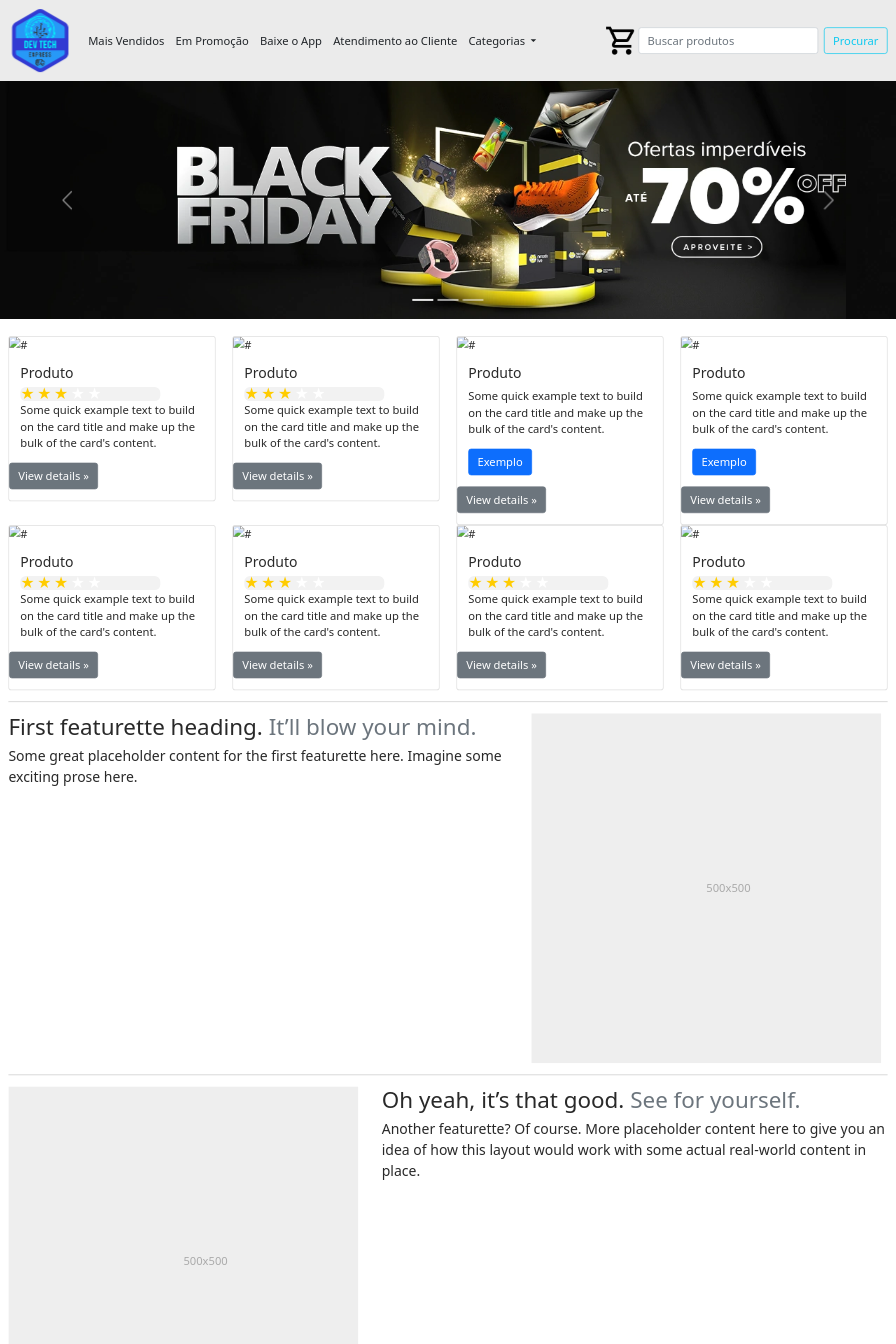
Repository: dantas-barreto/trabalho-interdisciplinar-IDW-IAP
Page: index.html
These files come from the project's save history. The page is drawn as it stood at one moment and after the next save; the edit follows.
The browser window is 1280 px wide. The pictures show the part of the page from y = 0 to 1920 px (the page is 2658 px tall), at 70% of full size.

Above is the page before, as saved 2021-11-26 20:42:49.

### index.html
<!DOCTYPE html>
<html lang="pt-br">
  <head>
    <meta charset="utf-8" />
    <meta name="viewport" content="width=device-width, initial-scale=1.0" />
    <link
      href="https://cdn.jsdelivr.net/npm/bootstrap@5.1.3/dist/css/bootstrap.min.css"
      rel="stylesheet"
      integrity="sha384-1BmE4kWBq78iYhFldvKuhfTAU6auU8tT94WrHftjDbrCEXSU1oBoqyl2QvZ6jIW3"
      crossorigin="anonymous"
    />
    <link rel="shortcut icon" href="img/favicon.ico" type="image/x-icon" />
    <link rel="stylesheet" href="css/globalStyle.css" />
    <title>DevTech Express</title>
  </head>
  <body>
    <nav class="navbar navbar-expand-lg header">
      <div class="container-fluid">
        <a class="navbar-brand" href="#">
          <img
            src="img/logo.png"
            width="90rem"
            height="90rem"
            alt="Logo DevTech Express"
          />
        </a>
        <button
          class="navbar-toggler"
          type="button"
          data-bs-toggle="collapse"
          data-bs-target="#navbarSupportedContent"
          aria-controls="navbarSupportedContent"
          aria-expanded="false"
          aria-label="Toggle navigation"
        >
          <span class="navbar-toggler-icon"></span>
        </button>
        <div class="collapse navbar-collapse" id="navbarSupportedContent">
          <ul class="navbar-nav me-auto mb-2 mb-lg-0">
            <li class="nav-item">
              <a class="nav-link link-dark active" aria-current="page" href="#"
                >Mais Vendidos</a
              >
            </li>
            <li class="nav-item">
              <a class="nav-link link-dark active" href="Clientes.html"
                >Em Promoção</a
              >
            </li>
            <li class="nav-item">
              <a class="nav-link link-dark active" href="Fornecedores.html"
                >Baixe o App</a
              >
            </li>
            <li class="nav-item">
              <a class="nav-link link-dark active" href="Produtos.html"
                >Atendimento ao Cliente</a
              >
            </li>
            <li class="nav-item dropdown">
              <a
                class="nav-link link-dark active dropdown-toggle"
                href="#"
                id="navbarDropdown"
                role="button"
                data-bs-toggle="dropdown"
                aria-expanded="false"
              >
                Categorias
              </a>
              <ul class="dropdown-menu" aria-labelledby="navbarDropdown">
                <li><a class="dropdown-item" href="#">Categoria 01</a></li>
                <li><a class="dropdown-item" href="#">Categoria 02</a></li>
                <li><a class="dropdown-item" href="#">Categoria 03</a></li>
                <li><a class="dropdown-item" href="#">Categoria 04</a></li>
                <li><a class="dropdown-item" href="#">Categoria 05</a></li>
                <li><a class="dropdown-item" href="#">Categoria 06</a></li>
                <li><a class="dropdown-item" href="#">Categoria 07</a></li>
                <li><a class="dropdown-item" href="#">Categoria 08</a></li>
              </ul>
            </li>
          </ul>
          <img src="img/carrinhogrande.png" />
          <form class="d-flex" id="procurar">
            <input
              class="form-control me-2"
              type="search"
              placeholder="Buscar produtos"
              aria-label="Search"
            />
            <button class="btn btn-outline-info" type="submit">Procurar</button>
          </form>
        </div>
      </div>
    </nav>

    <main>
      <div id="myCarousel" class="carousel slide mb-4" data-bs-ride="carousel">
        <div class="carousel-indicators">
          <button
            type="button"
            data-bs-target="#myCarousel"
            data-bs-slide-to="0"
            class="active"
            aria-current="true"
            aria-label="Slide 1"
          ></button>
          <button
            type="button"
            data-bs-target="#myCarousel"
            data-bs-slide-to="1"
            aria-label="Slide 2"
          ></button>
          <button
            type="button"
            data-bs-target="#myCarousel"
            data-bs-slide-to="2"
            aria-label="Slide 3"
          ></button>
        </div>
        <div class="carousel-inner">
          <div class="carousel-item active">
            <img src="img/exemplo3.webp" alt="Product #1" />
          </div>
          <div class="carousel-item">
            <img src="img/exemplo2.webp" alt="Product #2" />
          </div>
          <div class="carousel-item">
            <img src="img/exemplo1.webp" alt="Product #3" />
          </div>
        </div>
        <button
          class="carousel-control-prev"
          type="button"
          data-bs-target="#myCarousel"
          data-bs-slide="prev"
        >
          <span class="carousel-control-prev-icon" aria-hidden="true"></span>
          <span class="visually-hidden">Previous</span>
        </button>
        <button
          class="carousel-control-next"
          type="button"
          data-bs-target="#myCarousel"
          data-bs-slide="next"
        >
          <span class="carousel-control-next-icon" aria-hidden="true"></span>
          <span class="visually-hidden">Next</span>
        </button>
      </div>

      <div class="container-fluid marketing">
        <div class="row">
          <!-- Fazer os cards ficarem do mesmo tamanho que o maior -->
          <div class="col-xl-3 col-lg-4 col-md-6">
            <div class="card">
              <img src="#" class="card-img-top" alt="#" />
              <div class="card-body">
                <h5 class="card-title">Produto</h5>
                <div class="classificacao">
                  <div class="qualidade" style="--rating: 3"></div>
                </div>
                <p class="card-text">
                  Some quick example text to build on the card title and make up
                  the bulk of the card's content.
                </p>
              </div>
              <p>
                <a class="btn btn-secondary" href="#">View details &raquo;</a>
              </p>
            </div>
          </div>
          <div class="col-xl-3 col-lg-4 col-md-6">
            <div class="card">
              <img src="#" class="card-img-top" alt="#" />
              <div class="card-body">
                <h5 class="card-title">Produto</h5>
                <div class="classificacao">
                  <div class="qualidade" style="--rating: 3"></div>
                </div>
                <p class="card-text">
                  Some quick example text to build on the card title and make up
                  the bulk of the card's content.
                </p>
              </div>
              <p>
                <a class="btn btn-secondary" href="#">View details &raquo;</a>
              </p>
            </div>
          </div>
          <div class="col-xl-3 col-lg-4 col-md-6">
            <div class="card">
              <img src="#" class="card-img-top" alt="#" />
              <div class="card-body">
                <h5 class="card-title">Produto</h5>
                <p class="card-text">
                  Some quick example text to build on the card title and make up
                  the bulk of the card's content.
                </p>
                <a href="#" class="btn btn-primary">Exemplo</a>
              </div>
              <p>
                <a class="btn btn-secondary" href="#">View details &raquo;</a>
              </p>
            </div>
          </div>
          <div class="col-xl-3 col-lg-4 col-md-6">
            <div class="card">
              <img src="#" class="card-img-top" alt="#" />
              <div class="card-body">
                <h5 class="card-title">Produto</h5>
                <p class="card-text">
                  Some quick example text to build on the card title and make up
                  the bulk of the card's content.
                </p>
                <a href="#" class="btn btn-primary">Exemplo</a>
              </div>
              <p>
                <a class="btn btn-secondary" href="#">View details &raquo;</a>
              </p>
            </div>
          </div>
          <div class="col-xl-3 col-lg-4 col-md-6">
            <div class="card">
              <img src="#" class="card-img-top" alt="#" />
              <div class="card-body">
                <h5 class="card-title">Produto</h5>
                <div class="classificacao">
                  <div class="qualidade" style="--rating: 3"></div>
                </div>
                <p class="card-text">
                  Some quick example text to build on the card title and make up
                  the bulk of the card's content.
                </p>
              </div>
              <p>
                <a class="btn btn-secondary" href="#">View details &raquo;</a>
              </p>
            </div>
          </div>
          <div class="col-xl-3 col-lg-4 col-md-6">
            <div class="card">
              <img src="#" class="card-img-top" alt="#" />
              <div class="card-body">
                <h5 class="card-title">Produto</h5>
                <div class="classificacao">
                  <div class="qualidade" style="--rating: 3"></div>
                </div>
                <p class="card-text">
                  Some quick example text to build on the card title and make up
                  the bulk of the card's content.
                </p>
              </div>
              <p>
                <a class="btn btn-secondary" href="#">View details &raquo;</a>
              </p>
            </div>
          </div>
          <div class="col-xl-3 col-lg-4 col-md-6">
            <div class="card">
              <img src="#" class="card-img-top" alt="#" />
              <div class="card-body">
                <h5 class="card-title">Produto</h5>
                <div class="classificacao">
                  <div class="qualidade" style="--rating: 3"></div>
                </div>
                <p class="card-text">
                  Some quick example text to build on the card title and make up
                  the bulk of the card's content.
                </p>
              </div>
              <p>
                <a class="btn btn-secondary" href="#">View details &raquo;</a>
              </p>
            </div>
          </div>
          <div class="col-xl-3 col-lg-4 col-md-6">
            <div class="card">
              <img src="#" class="card-img-top" alt="#" />
              <div class="card-body">
                <h5 class="card-title">Produto</h5>
                <div class="classificacao">
                  <div class="qualidade" style="--rating: 3"></div>
                </div>
                <p class="card-text">
                  Some quick example text to build on the card title and make up
                  the bulk of the card's content.
                </p>
              </div>
              <p>
                <a class="btn btn-secondary" href="#">View details &raquo;</a>
              </p>
            </div>
          </div>
        </div>

        <hr class="featurette-divider" />

        <div class="row featurette">
          <div class="col-md-7">
            <h2 class="featurette-heading">
              First featurette heading.
              <span class="text-muted">It’ll blow your mind.</span>
            </h2>
            <p class="lead">
              Some great placeholder content for the first featurette here.
              Imagine some exciting prose here.
            </p>
          </div>
          <div class="col-md-5">
            <svg
              class="
                bd-placeholder-img bd-placeholder-img-lg
                featurette-image
                img-fluid
                mx-auto
              "
              width="500"
              height="500"
              xmlns="http://www.w3.org/2000/svg"
              role="img"
              aria-label="Placeholder: 500x500"
              preserveAspectRatio="xMidYMid slice"
              focusable="false"
            >
              <title>Placeholder</title>
              <rect width="100%" height="100%" fill="#eee" />
              <text x="50%" y="50%" fill="#aaa" dy=".3em">500x500</text>
            </svg>
          </div>
        </div>

        <hr class="featurette-divider" />

        <div class="row featurette">
          <div class="col-md-7 order-md-2">
            <h2 class="featurette-heading">
              Oh yeah, it’s that good.
              <span class="text-muted">See for yourself.</span>
            </h2>
            <p class="lead">
              Another featurette? Of course. More placeholder content here to
              give you an idea of how this layout would work with some actual
              real-world content in place.
            </p>
          </div>
          <div class="col-md-5 order-md-1">
            <svg
              class="
                bd-placeholder-img bd-placeholder-img-lg
                featurette-image
                img-fluid
                mx-auto
              "
              width="500"
              height="500"
              xmlns="http://www.w3.org/2000/svg"
              role="img"
              aria-label="Placeholder: 500x500"
              preserveAspectRatio="xMidYMid slice"
              focusable="false"
            >
              <title>Placeholder</title>
              <rect width="100%" height="100%" fill="#eee" />
              <text x="50%" y="50%" fill="#aaa" dy=".3em">500x500</text>
            </svg>
          </div>
        </div>

        <hr class="featurette-divider" />

        <div class="row featurette">
          <div class="col-md-7">
            <h2 class="featurette-heading">
              And lastly, this one. <span class="text-muted">Checkmate.</span>
            </h2>
            <p class="lead">
              And yes, this is the last block of representative placeholder
              content. Again, not really intended to be actually read, simply
              here to give you a better view of what this would look like with
              some actual content. Your content.
            </p>
          </div>
          <div class="col-md-5">
            <svg
              class="
                bd-placeholder-img bd-placeholder-img-lg
                featurette-image
                img-fluid
                mx-auto
              "
              width="500"
              height="500"
              xmlns="http://www.w3.org/2000/svg"
              role="img"
              aria-label="Placeholder: 500x500"
              preserveAspectRatio="xMidYMid slice"
              focusable="false"
            >
              <title>Placeholder</title>
              <rect width="100%" height="100%" fill="#eee" />
              <text x="50%" y="50%" fill="#aaa" dy=".3em">500x500</text>
            </svg>
          </div>
        </div>
      </div>

      <footer class="container-fluid">
        <hr class="featurette-divider" />
        <p class="float-end"><a href="#">Voltar ao topo</a></p>
        <p>
          &copy; 2017–2021 Company, Inc. &middot;
          <a href="#">Privacy</a> &middot; <a href="#">Terms</a>
        </p>
      </footer>
    </main>

    <script
      src="https://cdn.jsdelivr.net/npm/bootstrap@5.1.3/dist/js/bootstrap.bundle.min.js"
      integrity="sha384-ka7Sk0Gln4gmtz2MlQnikT1wXgYsOg+OMhuP+IlRH9sENBO0LRn5q+8nbTov4+1p"
      crossorigin="anonymous"
    ></script>
  </body>
</html>

### css/globalStyle.css
:root {
  --fontColor: #292929;
  --bgColor: #ebebeb;
  --header: #610ce9;
  --general: #2c34c9;
}

* {
  color: var(--fontColor);
}

/* Header */
.header {
  background-color: var(--bgColor);
}
/* End Header */

/* Stars */
.classificacao {
  display: flex;
  justify-content: space-between;
}

.classificacao {
  background-color: #f2f2f2;
  border-radius: 8px;
  text-align: center;
  width: 200px;
}

.qualidade {
  --percent: calc(var(--rating) / 5 * 100%);
  display: inline-block;
  font-size: 20px;
  line-height: 1;
}

.qualidade::before {
  background: linear-gradient(90deg, #fc0 var(--percent), #fff var(--percent));
  content: "★★★★★";
  letter-spacing: 3px;
  background-clip: text;
  -webkit-background-clip: text;
  -webkit-text-fill-color: transparent;
}
/* End Stars */

After the next save:
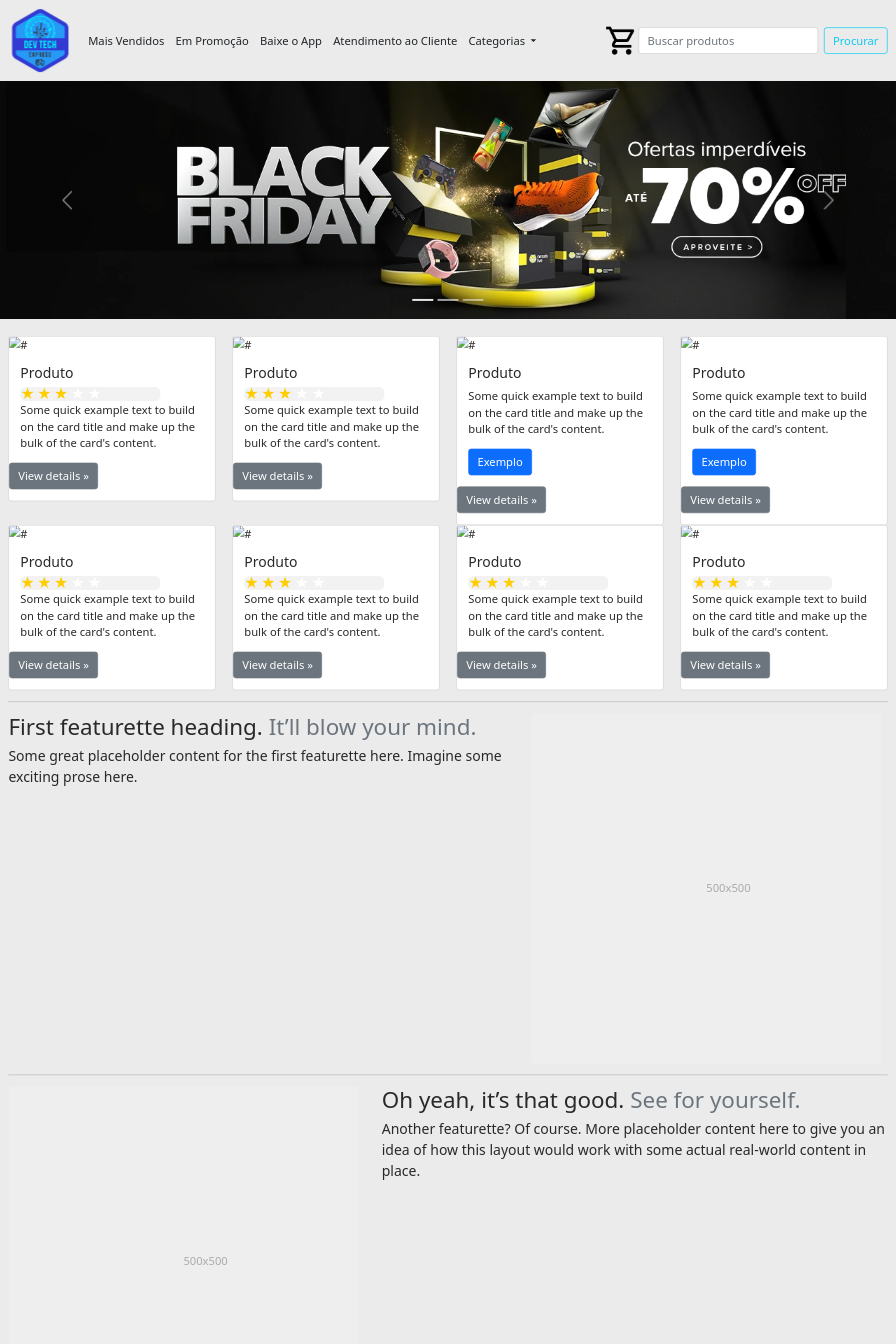
Saved 2 min 8 s later.
--- a/css/globalStyle.css
+++ b/css/globalStyle.css
@@ -10,7 +10,8 @@
 }
 
 /* Header */
-.header {
+.header,
+body {
   background-color: var(--bgColor);
 }
 /* End Header */
